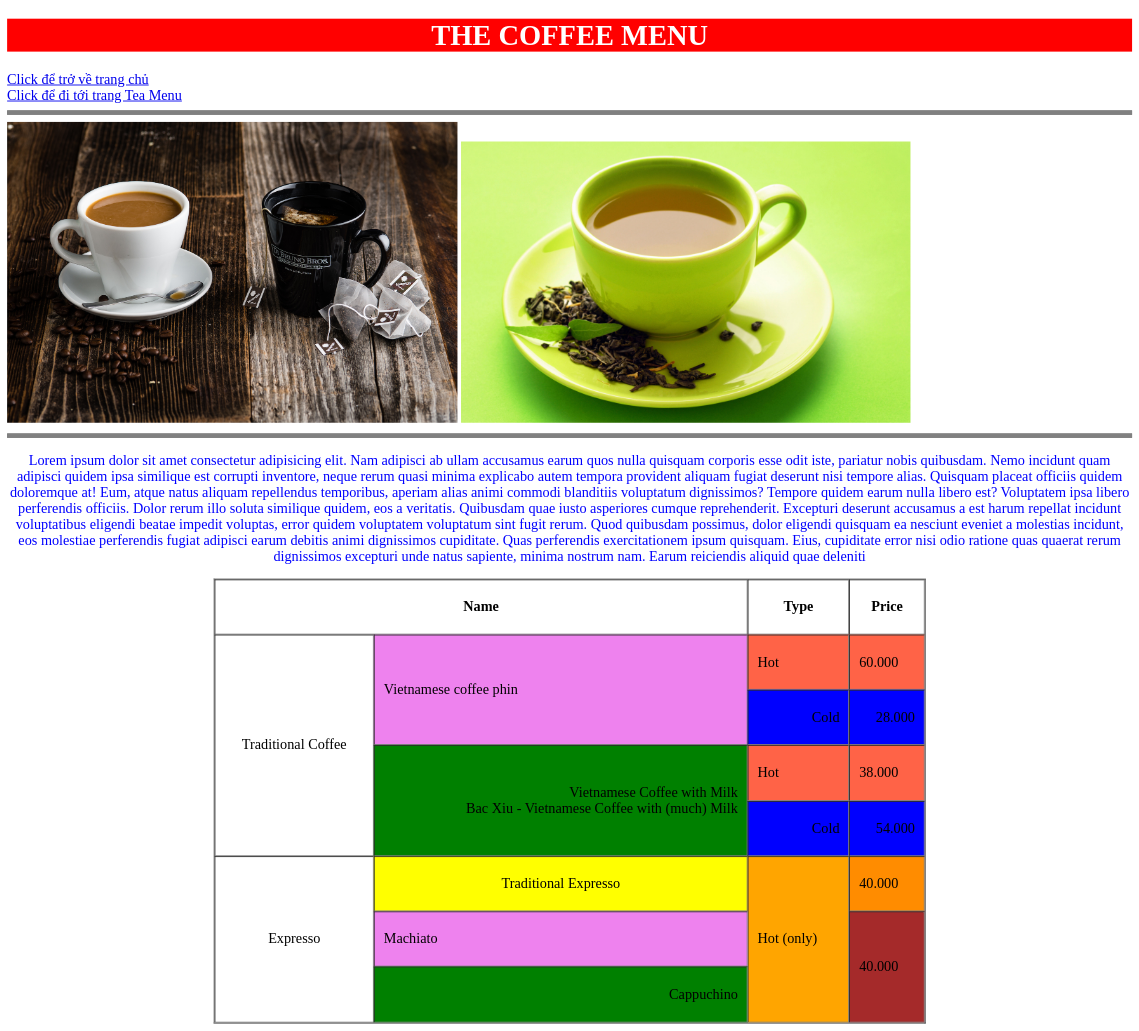
Repository: giahuy405/HomeWork_Coffee
Page: coffee.html
These files come from the project's save history. The page is drawn as it stood at one moment and after the next save; the edit follows.
The browser window is 1280 px wide. The pictures show the whole page, at 89% of full size.

Above is the page before, as saved 2022-09-07 12:23:47.

After the next save:
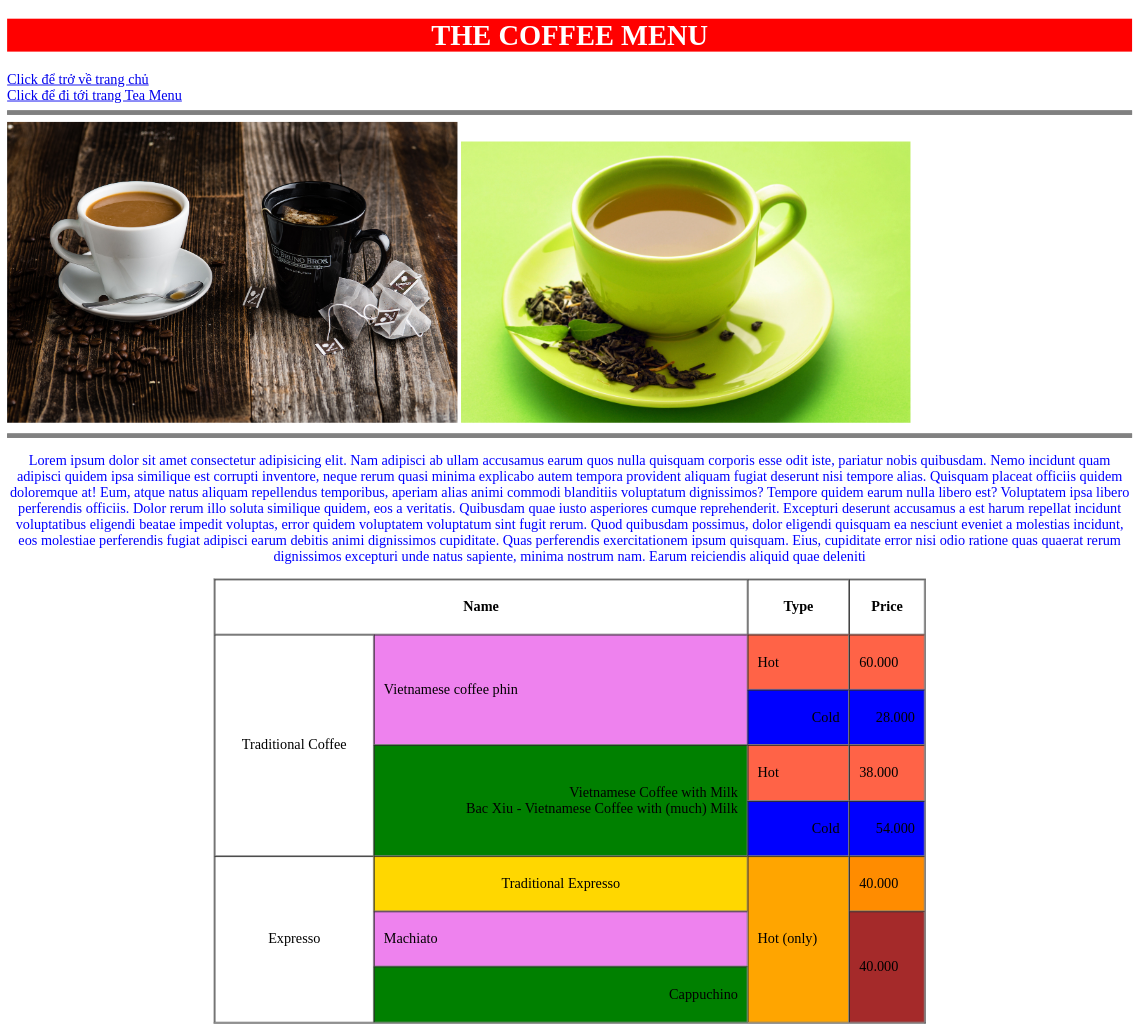
Saved 15 s later.
--- a/coffee.html
+++ b/coffee.html
@@ -45,7 +45,7 @@
         </tr>
         <tr>
             <td style="text-align: center;" rowspan="3">Expresso</td>
-            <td style="background-color: yellow;text-align: center;">Traditional Expresso</td>
+            <td style="background-color: gold;text-align: center;">Traditional Expresso</td>
             <td style="background-color: orange;" rowspan="3">Hot (only)</td>
             <td style="background-color: darkorange;">40.000</td>
         </tr>
